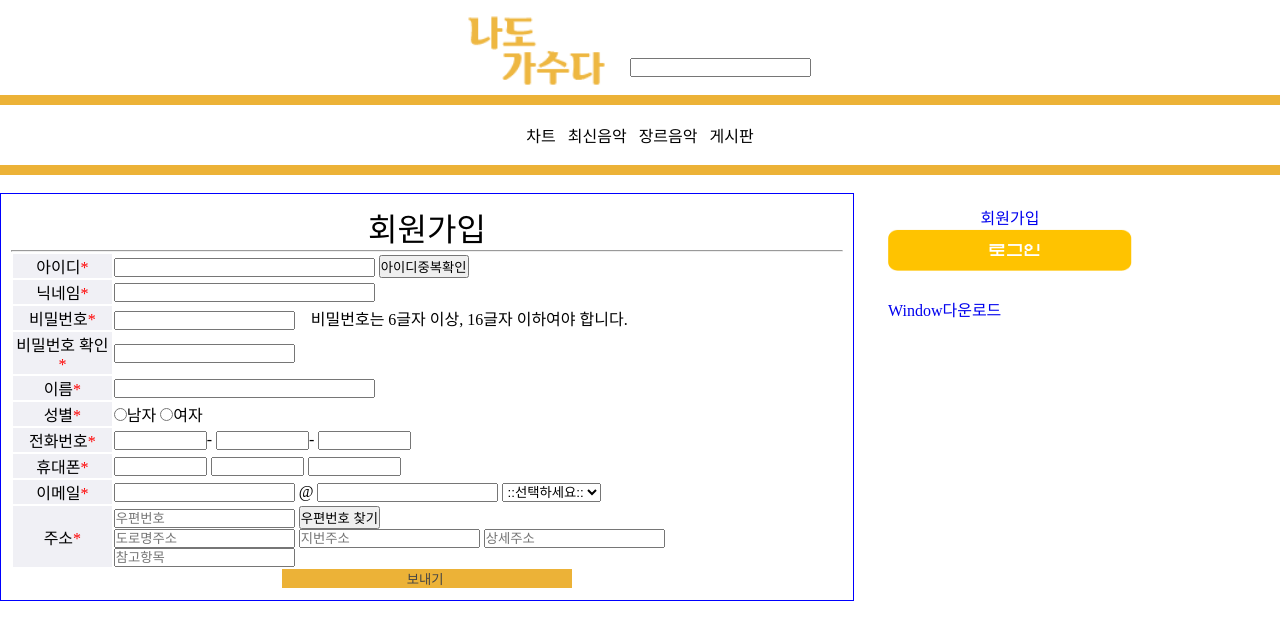
Repository: Ea-Bell/GraduationPortfolio
Page: http://localhost/WebTest/webTest/View/login/signUp.jsp
The author's editor kept a copy of each file at every save. The page is drawn from the files as they stood at one save, then again after the next save.
The browser window is 1280 px wide. The pictures show the whole page.
The page is served by Tomcat 9. Nobody is signed in. The application's start-up code is not run. Other server files are loaded and not shown.

Above is the page before, as saved 2020-09-25 09:57:54.

### WEB_Server/WebTest/WebContent/webTest/View/login/signUp.jsp
<%@ page language="java" contentType="text/html; charset=UTF-8"
	pageEncoding="UTF-8"%>
<%@ taglib uri="http://java.sun.com/jsp/jstl/core" prefix="c"%>
<!DOCTYPE html>
<html>
<head>

<meta charset="UTF-8">
<title>회원가입</title>
<link rel="stylesheet" type="text/css" href="/webTest/Model/login/info.css" />
<link rel="stylesheet" type="text/css"
	href="/webTest/Model/mainForm/mainForm.css" />
<script type="text/javascript" src="/webTest/Model/mainForm/mainForm.js"></script>

</head>
<script src="http://code.jquery.com/jquery-latest.js"></script>
<%-- 기본 기능 스크립트--%>
<script type="text/javascript" src="/webTest/Model/login/info.js"></script>

<%-- 다음 주소 스크립트--%>
<script
	src="https://t1.daumcdn.net/mapjsapi/bundle/postcode/prod/postcode.v2.js">
</script>



<body>

<header>
	<div align="center">

		<form action="" method="post">
			<!-- 헤더 -->

				<a href="/index" style="background: white;">
					 <img src="/webTest/img/logo.png"
					 style="position: relative; top: 15px; left: 0px; width: 140px; width:140px"></a>
					  <input type="text" onclick=""
					style="position: relative; left: 20px;">
				&nbsp;&nbsp;&nbsp;&nbsp;&nbsp; <br>
				<br>

				<hr id="head_line" size="10px" color="#ECB237">

				<br> <a href="" onmouseover="TextMover()"
					onmouseout="TextMount()" id="nav" style="color: black;">차트</a>
				&nbsp; <a href="/fileList" onmouseover="TextMover2()"
					onmouseout="TextMount2()" id="nav2" style="color: black;">최신음악</a>
				&nbsp; <a href="" onmouseover="TextMover3()"
					onmouseout="TextMount3()" id="nav3" style="color: black;">장르음악</a>
						&nbsp; <a href="/ListArticle"  id="nav3" style="color: black;">게시판</a>
				<br>
				<br>
		</form>
	</div>
</header>
		<hr id="head_line" size="10px" color="#ECB237">
		<br>
	<!-- 콘텐츠 -->

	<div id="content"  style="border:1px solid blue; padding:10px; width: 65%;  float: left;" >




<form action="" name="join" method="post">
		<div align="center">
			<span> <font size="6px">회원가입</font>
			</span>
			<hr>
		</div>
		<div align="center">
			<table>
				<tr>
					<td align="center" id="iColor">아이디<span id="iSpan">*</span></td>
					<td><input type="text" size="30" name="id" value="${param.id}">
						<input type="submit" value="아이디중복확인" name="btn1" onclick="Btn(1)">
					</td>
				</tr>
				<tr>
					<td align="center" id="iColor">닉네임<span id="iSpan">*</span></td>
					<td><input type="text" size="30" name="nickname"> <c:if
							test="${errors.nickname }">닉네임을 입력하시오.</c:if></td>
				</tr>

				<tr>
					<td align="center" id="iColor">비밀번호<span id="iSpan">*</span></td>
					<td><input type="password" name="pw" id="pw" onchange="pwErrorCheck()" />&nbsp; &nbsp;
					<span>비밀번호는 6글자 이상, 16글자 이하여야 합니다.</span>
					</td>
				</tr>
				<tr>
					<td align="center" id="iColor">비밀번호 확인<span id="iSpan">*</span></td>
					<td><input type="password" name="pwCheck" id="pwCheck" />
				<font id="chkNotice"size="1"></font>
					</td>

				</tr>

<!-- 			<tr>
					<td align="center" id="iColor">비밀번호<span id="iSpan">*</span></td>
					<td><input type="password" name="pw" id="pw" onchange="pwErrorCheck()" />&nbsp;
					<span>비밀번호는 6글자 이상, 16글자 이하여야 합니다.</span>
					</td>
				</tr>
				<tr>
					<td align="center" id="iColor">비밀번호 확인<span id="iSpan">*</span></td>
					<td><input type="password" name="pwCheck" id="pwCheck" oninput="isSame()"/>&nbsp;
					<span id="check"></span>
					</td>
				</tr>  -->



				<tr>
					<td align="center" id="iColor">이름<span id="iSpan">*</span></td>
					<td><input type="text" size="30" name="name"
						value="${param.name}"> <c:if test="${errors.name} }"></c:if>
					</td>
				</tr>


				<tr>
					<td align="center" id="iColor">성별<span id="iSpan">*</span></td>
					<td><input type="radio" name="gender" value="남">남자 <input
						type="radio" name="gender" value="여">여자 <c:if
							test="${errors.gender}">성별을 클릭하시오.</c:if></td>
				</tr>
				<tr>
					<td align="center" id="iColor">전화번호<span id="iSpan">*</span></td>
					<td><input type="text" size="9" name="tel1">- <input
						type="text" size="9" name="tel2">- <input type="text"
						size="9" name="tel3"> <c:if test="${errors.tel }">전화번호를 입력하시오</c:if>
					</td>
				</tr>
				<tr>
					<td align="center" id="iColor">휴대폰<span id="iSpan">*</span></td>
					<td><input type="text" size="9" name="phone1"> <input
						type="text" size="9" name="phone2"> <input type="text"
						size="9" name="phone3"> <c:if test="${errors.phone}">번호를 입력하시오</c:if>
					</td>
				</tr>
				<tr>
					<td align="center" id="iColor">이메일<span id="iSpan">*</span></td>


			<td>

<!-- 	버전1		<input type="text" name ="email1">
			@
			<input type="text" name ="email2"> -->

				<input type="text" name="email1" value="" />
   			    @
			    <input type="text" name="email2" value="" ReadOnly="true"/>
			    <select name="emailCheck"
			    onchange="SetEmailTail(emailCheck.options[this.selectedIndex].value)">
    			    <option value="notSelected" >::선택하세요::</option>
    			    <option value="etc">직접입력</option>
    			    <option value="naver.com">naver.com</option>
    			    <option value="hanmail.net">hanmail.net</option>
				    <option value="gmail.com">gmail.com</option>
   				</select>

			</td>
				<%-- 테스트 해야한다
<!-- 이메일  오류 있으니 이메일 체인지 찾아서 수정해서 완료할것(완료시 주석 삭제 요청함) -->
					<td>
						<input type="text" name="email1" onfocus="this.value='';"> @
						<input type="text" name="email2" value="" disabled>
						 <select name="email1" onchange="email_change()">
							<!--     <option value="0" >선택하세요</option> -->
							<option id="email2" value="9">직접입력</option>

							<option value="naver.com">naver.com</option>

							<option value="nate.com">nate.com</option>
					</select> <!-- 이메일끝 요기서 이메일 텍스트 부분을 3가지로 나눠서 생각하시오 --> <c:if
							test="errors.email">이메일을 입력하시오</c:if>
					</td>
					 --%>
				</tr>
				<tr>
					<td align="center" id="iColor">주소<span id="iSpan">*</span></td>

					<td><input type="text" id="sample4_postcode" name="addr1"
						placeholder="우편번호"> <input type="button"
						onclick="sample4_execDaumPostcode()" value="우편번호 찾기"><br>

						<input type="text" id="sample4_roadAddress" name="addr2"
						placeholder="도로명주소"> <input type="text"
						id="sample4_jibunAddress" name="addr3" placeholder="지번주소">

						<span id="guide" style="color: #999; display: none"></span> <input
						type="text" id="sample4_detailAddress" name="addr4"
						placeholder="상세주소"> <input type="text"
						id="sample4_extraAddress" name="addr5" placeholder="참고항목">
						<c:if test="errors.addr">주소를 입력하시오</c:if></td>
				</tr>
				<tr >
					<td colspan="2" align="center" ><input  style="width: 35%; background: #ECB237; border: 0; outline: 0; color: #464646;" type="submit" value="보내기 " name="btn2"
						onclick="Btn(2)" ></td>
				</tr>
			</table>
		</div>
	</form>

	</div>



	<div style="padding:10px; width: 30%; float: right;">
		<aside id="main_aside">

			<table border="0">
				<tr>
					<td><c:if test="${empty authUser }">
							<div align="center"><a href=""></a> <a href="/webTest/login/signUp.jsp">회원가입</a></div>
							<a href="/webTest/login/login.jsp" ><img alt="" src="/webTest/img/login/login.png" style="height: 42px; width: 244px;"></a>
							<br>

						</c:if> <c:if test="${!empty authUser}">
				${authUser.nickname}님, 안녕하세요.<br />
							<a href="/LogoutHandler">[로그아웃하기]</a>
							<a href="changePwdForm.jsp">[암호변경하기]</a>
									&nbsp;&nbsp;&nbsp;&nbsp;&nbsp;&nbsp;&nbsp;&nbsp;&nbsp;&nbsp;<a href="/webTest/list/newMusicForm.jsp">[마이페이지]</a>
						</c:if></td>
				</tr>
			</table>

			<br>
			<table border="0">
				<tr>

					<td>
				<a href="/webTest/나는가수다.msi" download=>Window다운로드</a>
					</td>

				</tr>
			</table>

		</aside>
		</div>



	<!-- 바텀 -->
	<div align="center">



	</div>
 			<script >
	$(function(){
	    $('#pw').keyup(function(){
	      $('#chkNotice').html('');
	    });

	    $('#pwCheck').keyup(function(){

	        if($('#pw').val() != $('#pwCheck').val()){
	          $('#chkNotice').html('비밀번호 일치하지 않음');
	          $('#chkNotice').attr('color', '#f82a2aa3');
	        } else{
	          $('#chkNotice').html('비밀번호 일치함');
	          $('#chkNotice').attr('color', '#199894b3');
	        }

	    });
	});

</script>
</body>
</html>

### WEB_Server/WebTest/WebContent/webTest/Model/login/info.css
@charset "UTF-8";

#iColor
{
	background-color: #f0f0f5;
}
#iSpan
{
	color: red;
	align-content: center;
}

### WEB_Server/WebTest/WebContent/webTest/Model/mainForm/mainForm.css
@charset "UTF-8";
body{
	position: relative;
}

*{ margin:0; padding :0;}

img{border: 0; width:16px ; height: 16 px;}


#content{
	/* 중앙 정렬*/
	width: 960px;

	/* 수평 레이아웃 구성 */
	overflow: hidden;
}
#content > #main_section
{
	width: 650px;
	float: left;			/* 왼쪽에 붙입니다*/
}

#content > #main_aside{
	height:30%;
	width : 25%;
	float: right;           /*오른쪽에 붙입니다.*/
	margin-bottom: 20px;
	padding: 10px;

	color: #ff8000;


}



#content > #main_bside{

	width : 30%;
	height:0%;
	float: left;           /*왼쪽에 붙입니다.*/
	margin-bottom: 20px;
	padding: 10px;


}
#content > #main_cside{
	width :70%;
	height: 0%;
	float: none;           /*가운데에 붙입니다.*/
	margin-bottom: 20px;
	padding: 10px;
	border: 1px solid #e4e4e4;
	color: #ff8000;
	background-color:ff8000;
}

#textcolor{
	border: 1px solid #e4e4e4;
	color: #ff8000;
	background-color:ff8000;
}

#hr
{

}
#nav
{
	 font-family: ""
}
#winFont{
	font-family: "돋음";
	color: #1A1A1A;
}
a {
  text-decoration: none;
}

### WEB_Server/WebTest/WebContent/webTest/Model/mainForm/mainForm.js
/**
 *
 */

//문자나 이미지가 밖으로 나갔을경우
function TextMover() {
	var dama = document.getElementById('nav');
	dama.style.color="Red";
}
function ImgMover() {

}
function TextMover2() {
	var dama = document.getElementById('nav2');
	dama.style.color="Red";
}
function TextMover3() {
	var dama = document.getElementById('nav3');
	dama.style.color="Red";
}
//문자나 이미지가 밖으로 갔을경우
function TextMount() {
	var dama = document.getElementById('nav');
	dama.style.color="Black";
}
function TextMount2() {
	var dama = document.getElementById('nav2');
	dama.style.color="Black";
}
function TextMount3() {
	var dama = document.getElementById('nav3');
	dama.style.color="Black";
}
function ImgMount() {

}

### WEB_Server/WebTest/WebContent/webTest/Model/login/info.js
/**
 *
 */




function email_change(){

/*
if(document.join.email.options[document.join.email.selectedIndex].value == '0'){

 document.join.email2.disabled = true;

 document.join.email2.value = " ";
 dovument.join.email2.text = "";
}
*/



}
	function pwErrorCheck(){
	    var pw = document.join.wUserPW.value;
	    //var confirmPW = document.join.wUserPWConfirm.value;
	    if (pw.length < 6 || pw.length > 16) {
	        window.alert('비밀번호는 6글자 이상, 16글자 이하만 이용 가능합니다.');
	        document.join.pw.value =""
	        document.join.pwCheck.value="";
	        document.join.pw.focus();
	    }
	}


	function isSame(){
		var pw = document.join.pw.value;
	    var confirmPW = document.join.confirmPW.value;
		if(pw !="" && confirmPW!="") {
	        if(pw == confirmPW) {
	        	  document.getElementById('check').innerHTML='비밀번호가 일치합니다.'
	              document.getElementById('check').style.color='blue';
	        }
	        else {
	        	document.getElementById('check').innerHTML='비밀번호가 일치하지 않습니다.';
	            document.getElementById('check').style.color='red';
	        }
	    }
	}




function SetEmailTail(emailValue) {
	  if ( emailValue == "notSelected" ){
		  document.join.email2.readOnly = true;
		  document.join.email2.value = "";
	  }
	  else if ( emailValue == "etc" ) {
		  document.join.email2.readOnly = false;
		  document.join.email2.value = "";
	  } else {
		  document.join.email2.readOnly = true;
		  document.join.email2.value = emailValue;
	  }
}


function Btn(index){

	if(index ==1){
		document.join.method="post"
		document.join.action="../../test/test1.jsp";

	}
	else if(index==2)
		{
		document.join.method="post"
			document.join.action="/WebTest/Servlet";
		}
	else if(index ==3)
		{document.join.method="post"
		document.join.action="../../test/test3.jsp";
		}
	document.join.submit();
}



//본 예제에서는 도로명 주소 표기 방식에 대한 법령에 따라, 내려오는 데이터를 조합하여 올바른 주소를 구성하는 방법을 설명합니다.
function sample4_execDaumPostcode() {
    new daum.Postcode({
        oncomplete: function(data) {
            // 팝업에서 검색결과 항목을 클릭했을때 실행할 코드를 작성하는 부분.

            // 도로명 주소의 노출 규칙에 따라 주소를 표시한다.
            // 내려오는 변수가 값이 없는 경우엔 공백('')값을 가지므로, 이를 참고하여 분기 한다.
            var roadAddr = data.roadAddress; // 도로명 주소 변수
            var extraRoadAddr = ''; // 참고 항목 변수

            // 법정동명이 있을 경우 추가한다. (법정리는 제외)
            // 법정동의 경우 마지막 문자가 "동/로/가"로 끝난다.
            if(data.bname !== '' && /[동|로|가]$/g.test(data.bname)){
                extraRoadAddr += data.bname;
            }
            // 건물명이 있고, 공동주택일 경우 추가한다.
            if(data.buildingName !== '' && data.apartment === 'Y'){
               extraRoadAddr += (extraRoadAddr !== '' ? ', ' + data.buildingName : data.buildingName);
            }
            // 표시할 참고항목이 있을 경우, 괄호까지 추가한 최종 문자열을 만든다.
            if(extraRoadAddr !== ''){
                extraRoadAddr = ' (' + extraRoadAddr + ')';
            }

            // 우편번호와 주소 정보를 해당 필드에 넣는다.
            document.getElementById('sample4_postcode').value = data.zonecode;
            document.getElementById("sample4_roadAddress").value = roadAddr;
            document.getElementById("sample4_jibunAddress").value = data.jibunAddress;

            // 참고항목 문자열이 있을 경우 해당 필드에 넣는다.
            if(roadAddr !== ''){
                document.getElementById("sample4_extraAddress").value = extraRoadAddr;
            } else {
                document.getElementById("sample4_extraAddress").value = '';
            }

            var guideTextBox = document.getElementById("guide");
            // 사용자가 '선택 안함'을 클릭한 경우, 예상 주소라는 표시를 해준다.
            if(data.autoRoadAddress) {
                var expRoadAddr = data.autoRoadAddress + extraRoadAddr;
                guideTextBox.innerHTML = '(예상 도로명 주소 : ' + expRoadAddr + ')';
                guideTextBox.style.display = 'block';

            } else if(data.autoJibunAddress) {
                var expJibunAddr = data.autoJibunAddress;
                guideTextBox.innerHTML = '(예상 지번 주소 : ' + expJibunAddr + ')';
                guideTextBox.style.display = 'block';
            } else {
                guideTextBox.innerHTML = '';
                guideTextBox.style.display = 'none';
            }
        }
    }).open();
}

After the next save:
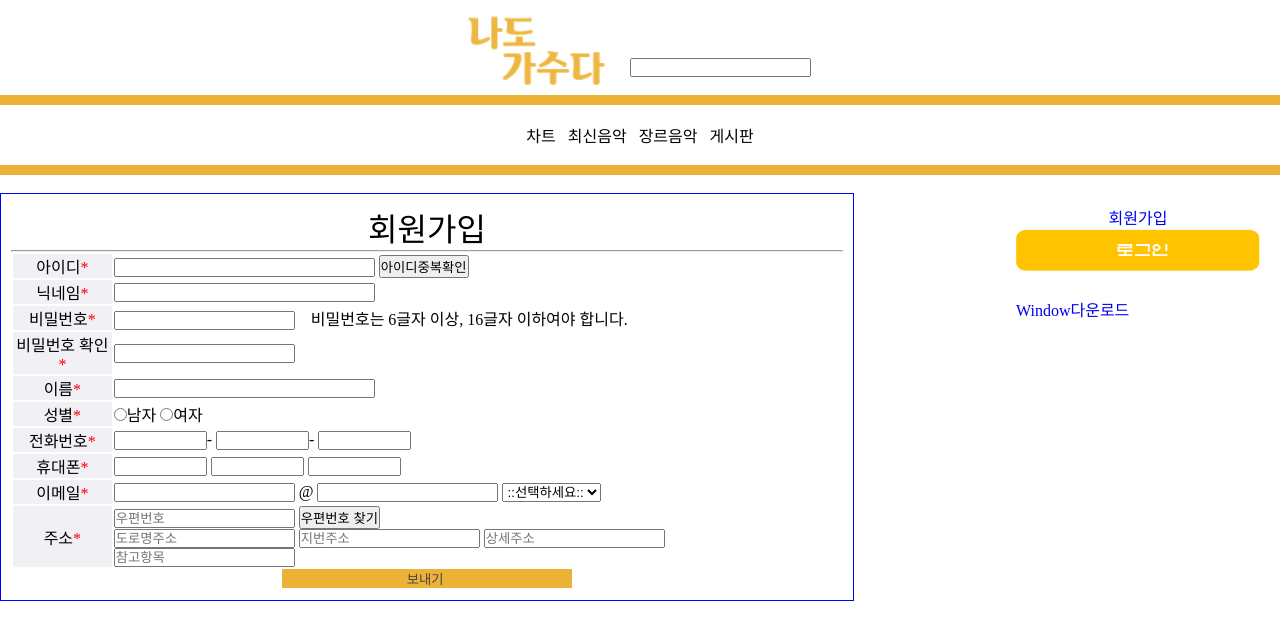
Saved 80 s later.
--- a/WEB_Server/WebTest/WebContent/webTest/View/login/signUp.jsp
+++ b/WEB_Server/WebTest/WebContent/webTest/View/login/signUp.jsp
@@ -209,7 +209,9 @@
 
 
 
-	<div style="padding:10px; width: 30%; float: right;">
+
+
+	<div style="padding:10px; width: 20%; float: right;">
 		<aside id="main_aside">
 
 			<table border="0">
